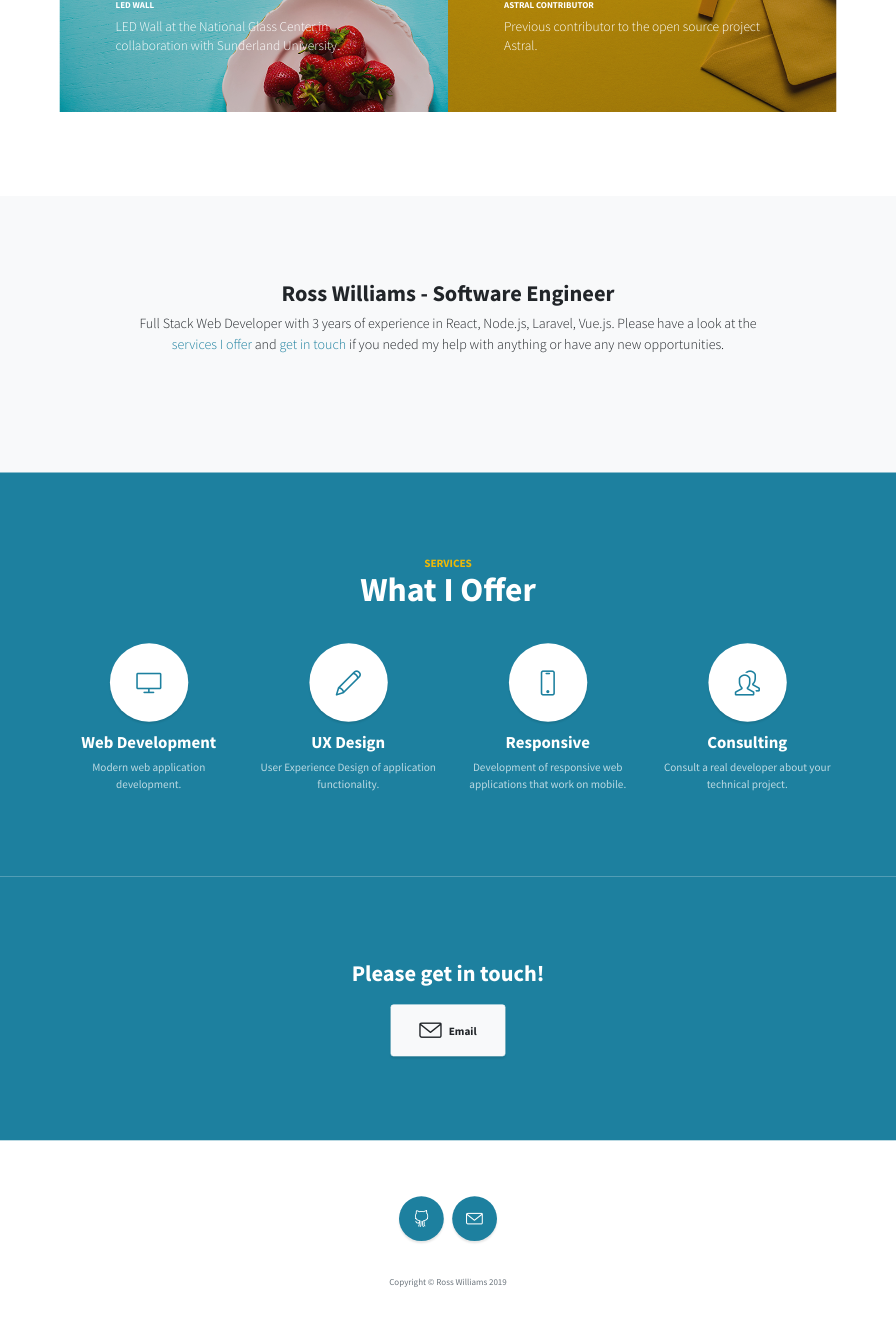
Repository: Williams94/Williams94.github.io
Page: index.html
An editor plug-in stored every save of this project. The page is shown before and after the next save, followed by the edit.
The browser window is 1280 px wide. The pictures show the part of the page from y = 1600 to 3520 px (the page is 3520 px tall), at 70% of full size.
A picture or video elsewhere on the page could not be fetched, so the positions and the page height are approximate.

Above is the page before, as saved 2019-07-06 14:39:04.

After the next save:
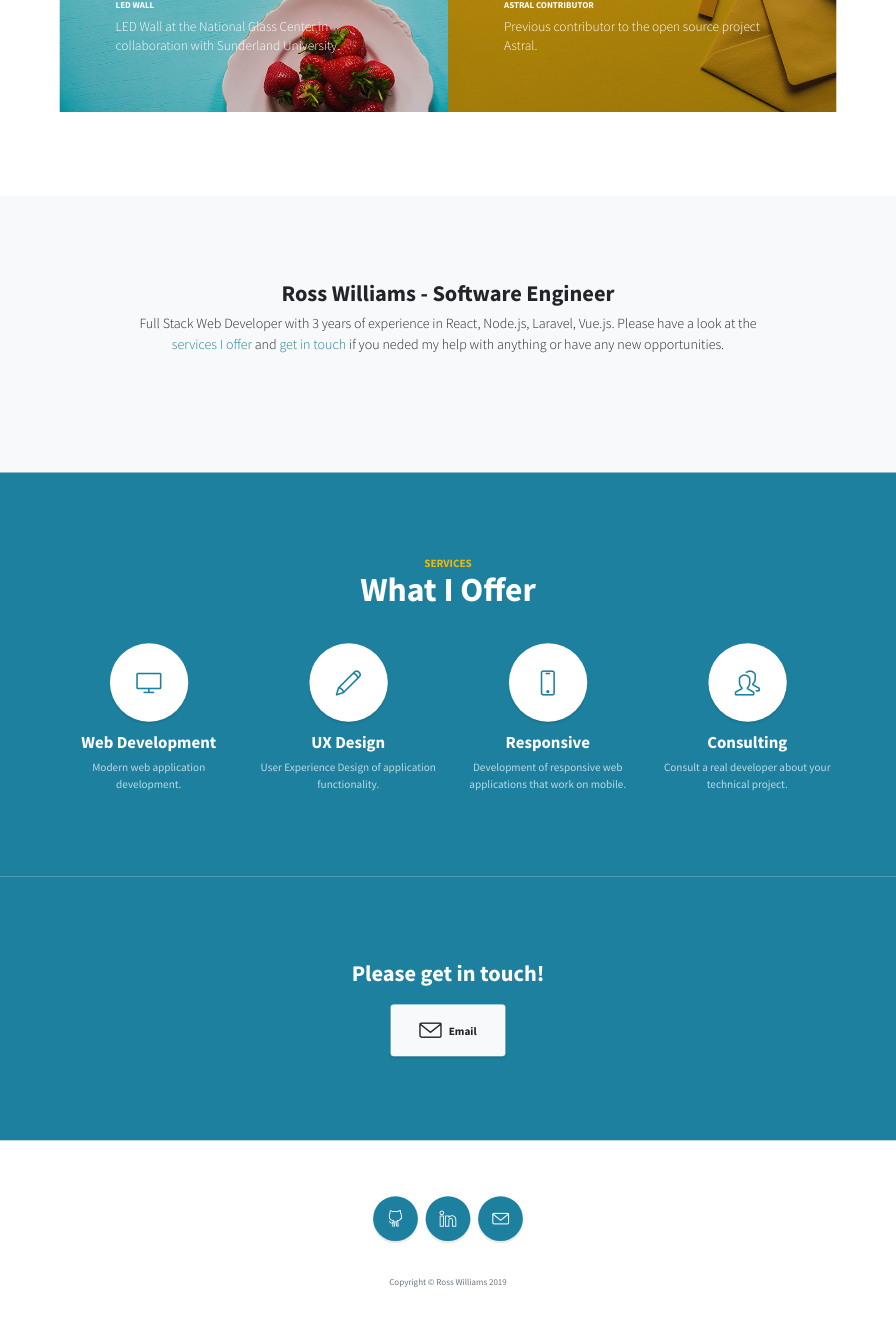
Saved 2 h 27 min later.
--- a/index.html
+++ b/index.html
@@ -238,6 +238,11 @@
           </a>
         </li>
         <li class="list-inline-item">
+            <a class="social-link rounded-circle text-white" href="www.linkedin.com/in/ross-williams94">
+              <i class="icon-social-linkedin"></i>
+            </a>
+          </li>
+        <li class="list-inline-item">
           <a class="social-link rounded-circle text-white" href="mailto:r.b.williams94@gmail.com">
             <i class="icon-envelope"></i>
           </a>
